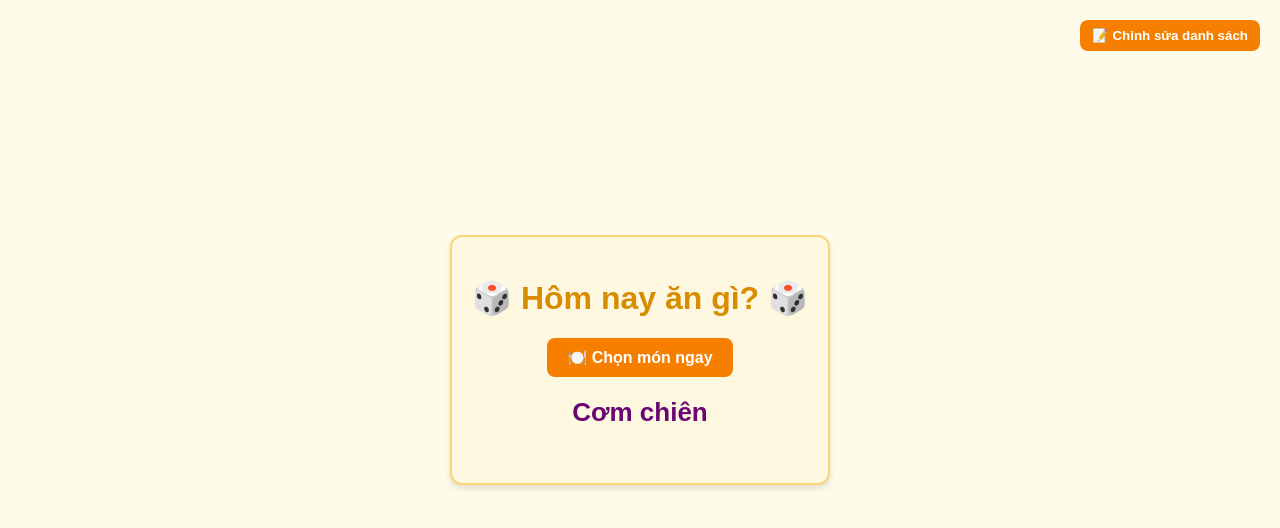
Repository: NT912/What-s-food-today-
Page: index.html
An editor plug-in stored every save of this project. The page is shown before and after the next save, followed by the edit.
The browser window is 1280 px wide. The pictures show the whole page.
After loading, the first visible `#randomBtn` was clicked once.

Above is the page before, as saved 2024-12-17 20:58:57.
Console error: ReferenceError: renderList is not defined

### index.html
<!DOCTYPE html>
<html lang="vi">

<head>
  <meta charset="UTF-8">
  <meta name="viewport" content="width=device-width, initial-scale=1.0">
  <title>Random Món Ăn</title>
  <link rel="stylesheet" href="style.css">
</head>

<body>
  <!-- Random Section -->
  <div class="container">
    <h1>🎲 Hôm nay ăn gì? 🎲</h1>
    <button id="randomBtn" onclick="startRandom()">🍽️ Chọn món ngay</button>
    <p id="randomFood">...</p>
  </div>

  <!-- Edit Button -->
  <button class="edit-btn" onclick="openPopup()">📝 Chỉnh sửa danh sách</button>

  <!-- Popup chỉnh sửa danh sách -->
  <div id="popup" class="popup">
    <div class="popup-content">
      <span class="close-btn" onclick="closePopup()">❌</span>
      <h2>📋 Danh sách món ăn</h2>
      <ul id="foodList"></ul>
      <div class="controls">
        <input type="text" id="foodInput" placeholder="Thêm món ăn mới...">
        <button onclick="addFood()">➕ Thêm</button>
      </div>
    </div>
  </div>

  <!-- Popup kết quả chúc mừng -->
  <div id="resultPopup" class="popup">
    <div class="result-content" id="resultPopupContent">
      <!-- Nội dung kết quả sẽ được thêm vào bằng JS -->
    </div>
  </div>

  <script src="script.js"></script>
</body>

</html>

### style.css
/* General Styles */
body {
  font-family: "Arial", sans-serif;
  margin: 0;
  background-color: #fffbea; /* Nền vàng nhẹ */
  color: #333;
  display: flex;
  justify-content: center;
  align-items: center;
  height: 100vh;
  overflow: hidden;
}

h1 {
  color: #d88c00; /* Cam vàng đậm */
}

.container {
  text-align: center;
  background: #fff8e1; /* Vàng nhạt */
  border: 2px solid #f5d77a;
  padding: 20px;
  border-radius: 12px;
  box-shadow: 0 4px 6px rgba(0, 0, 0, 0.1);
}

#randomBtn {
  background: #f77f00; /* Cam đậm */
  color: #fff;
  border: none;
  padding: 10px 20px;
  font-size: 16px;
  font-weight: bold;
  border-radius: 8px;
  cursor: pointer;
  transition: transform 0.2s, background 0.3s;
}

#randomBtn:hover {
  transform: scale(1.1);
  background: #e76f00;
}

#randomFood {
  margin-top: 20px;
  font-size: 26px;
  color: #d84315; /* Cam đậm */
  font-weight: bold;
  height: 40px;
}

/* Edit Button */
.edit-btn {
  position: absolute;
  top: 20px;
  right: 20px;
  background: #f77f00;
  color: white;
  padding: 8px 12px;
  border: none;
  border-radius: 8px;
  cursor: pointer;
  font-weight: bold;
}

.edit-btn:hover {
  background: #e76f00;
}

/* Popup chung */
.popup {
  display: none;
  position: fixed;
  top: 0;
  left: 0;
  width: 100%;
  height: 100%;
  background-color: rgba(0, 0, 0, 0.5);
  justify-content: center;
  align-items: center;
  z-index: 1000;
}

.popup-content {
  background: #fff8e1; /* Vàng nhạt */
  padding: 30px;
  border-radius: 12px;
  width: 400px;
  max-height: 80%;
  overflow-y: auto;
  position: relative;
  text-align: center;
  border: 2px solid #f5d77a;
  box-shadow: 0 4px 8px rgba(0, 0, 0, 0.2);
}

.close-btn {
  position: absolute;
  top: 10px;
  right: 10px;
  font-size: 20px;
  color: #d84315;
  cursor: pointer;
}

/* Popup chúc mừng */
.result-content {
  background: #fff8e1;
  padding: 30px;
  border-radius: 12px;
  text-align: center;
  box-shadow: 0 8px 16px rgba(0, 0, 0, 0.3);
  animation: popupEffect 0.5s ease-out;
  font-size: 28px;
  color: #d84315;
  font-weight: bold;
}

@keyframes popupEffect {
  from {
    transform: scale(0.7);
    opacity: 0;
  }
  to {
    transform: scale(1);
    opacity: 1;
  }
}

/* Danh sách món ăn */
ul {
  list-style: none;
  padding: 0;
}

li {
  background: #fff5cc;
  margin: 5px 0;
  padding: 8px 12px;
  display: flex;
  justify-content: space-between;
  border-radius: 8px;
  border: 1px solid #f5d77a;
}

.controls input {
  padding: 8px;
  border: 1px solid #ccc;
  border-radius: 8px;
  margin-right: 5px;
}

### script.js
let foodList = [
  "Mì quảng tôm thịt",
  "Bánh cuốn",
  "Bún nước KonTum",
  "Cút lộn xào me",
  "Ốc đinh",
  "Mì cay",
  "Bún bò",
  "Chè",
  "Bánh mì chảo",
  "Mì trộn",
  "Xôi",
  "Mì quảng ếch",
  "Bún ram chay",
  "Bún thịt nướng",
  "Cá viên chiên mắm",
  "Cơm gà chiên mắm",
  "Bún chả",
  "Bún đậu mắm tôm",
  "Bún riêu",
  "Bánh mì ổ",
  "Cơm chiên",
  "Miến trộn",
  "Phở",
  "Bánh tráng kẹp",
  "Bánh canh",
  "Bún cá chấm",
  "Bánh đúc nóng",
  "Phở khô gia lai",
  "Bánh tráng kẹp",
  "Nem chua rán",
  "Ram cuốn cải",
  "Bánh bèo",
  "Bánh lọc",
  "Bánh căn",
  "Kem bơ",
];

function startRandom() {
  const result = document.getElementById("randomFood");
  result.style.animation = "none"; // Xóa animation cũ
  let index = 0;

  // Bắt đầu hiệu ứng random với zoom-in/zoom-out
  result.classList.add("random-zoom");
  const interval = setInterval(() => {
    index = Math.floor(Math.random() * foodList.length);
    result.textContent = foodList[index];
    result.style.color = getRandomGradient();
  }, 100);

  // Kết thúc hiệu ứng sau 2 giây
  setTimeout(() => {
    clearInterval(interval);
    result.classList.remove("random-zoom");
    result.textContent = `🍽️ ${foodList[index]}!`;

    // Thêm hiệu ứng rung và màu nổi bật
    result.style.color = "#e63946";
    result.classList.add("shake");

    // Hiển thị popup chúc mừng
    showResultPopup(foodList[index]);
  }, 2000);
}

function showResultPopup(food) {
  const popup = document.getElementById("resultPopup");
  const popupContent = document.getElementById("resultPopupContent");

  popupContent.innerHTML = `
        🎉 Chúc mừng! Món ăn hôm nay là: <br>
        <strong>${food}</strong> 🎉<br>
        😋 Chúc bạn ăn ngon miệng!
    `;

  popup.style.display = "flex";

  // Đóng popup khi click ra ngoài vùng popup
  window.onclick = function (event) {
    if (event.target === popup) {
      closeResultPopup();
    }
  };
}

function closeResultPopup() {
  document.getElementById("resultPopup").style.display = "none";
  window.onclick = null; // Xóa sự kiện click
}

function getRandomGradient() {
  const colors = ["#ff6f61", "#6a0572", "#ffcc00", "#00cfcf", "#ff964f"];
  return colors[Math.floor(Math.random() * colors.length)];
}

window.onload = () => {
  renderList();
};

After the next save:
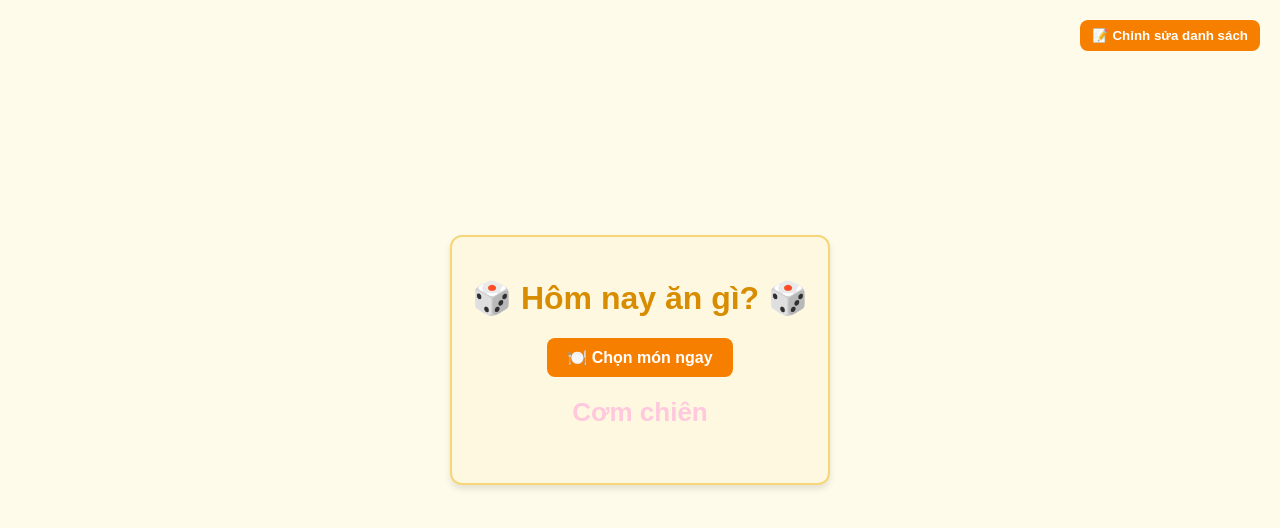
The error is gone.
Saved 6 s later.
--- a/script.js
+++ b/script.js
@@ -38,26 +38,20 @@ let foodList = [
 
 function startRandom() {
   const result = document.getElementById("randomFood");
-  result.style.animation = "none"; // Xóa animation cũ
   let index = 0;
 
-  // Bắt đầu hiệu ứng random với zoom-in/zoom-out
-  result.classList.add("random-zoom");
+  // Thêm hiệu ứng nhấp nháy trong 2 giây
   const interval = setInterval(() => {
     index = Math.floor(Math.random() * foodList.length);
     result.textContent = foodList[index];
-    result.style.color = getRandomGradient();
+    result.style.color = getRandomColor();
   }, 100);
 
-  // Kết thúc hiệu ứng sau 2 giây
+  // Kết thúc hiệu ứng và hiển thị kết quả
   setTimeout(() => {
     clearInterval(interval);
-    result.classList.remove("random-zoom");
     result.textContent = `🍽️ ${foodList[index]}!`;
-
-    // Thêm hiệu ứng rung và màu nổi bật
-    result.style.color = "#e63946";
-    result.classList.add("shake");
+    result.style.color = "#d84315"; // Màu cam đậm
 
     // Hiển thị popup chúc mừng
     showResultPopup(foodList[index]);
@@ -70,8 +64,7 @@ function showResultPopup(food) {
 
   popupContent.innerHTML = `
         🎉 Chúc mừng! Món ăn hôm nay là: <br>
-        <strong>${food}</strong> 🎉<br>
-        😋 Chúc bạn ăn ngon miệng!
+        <strong>${food}</strong> 🎉
     `;
 
   popup.style.display = "flex";
@@ -89,9 +82,61 @@ function closeResultPopup() {
   window.onclick = null; // Xóa sự kiện click
 }
 
-function getRandomGradient() {
-  const colors = ["#ff6f61", "#6a0572", "#ffcc00", "#00cfcf", "#ff964f"];
+function getRandomColor() {
+  const colors = [
+    "#f77f00",
+    "#f9844a",
+    "#ffcd56",
+    "#ffafcc",
+    "#bde0fe",
+    "#ffc8dd",
+  ];
   return colors[Math.floor(Math.random() * colors.length)];
+}
+
+function renderList() {
+  const list = document.getElementById("foodList");
+  list.innerHTML = "";
+  foodList.forEach((food, index) => {
+    list.innerHTML += `
+            <li>
+                ${food}
+                <button onclick="deleteFood(${index})">❌</button>
+            </li>
+        `;
+  });
+}
+
+function addFood() {
+  const input = document.getElementById("foodInput");
+  const newFood = input.value.trim();
+  if (newFood) {
+    foodList.push(newFood);
+    input.value = "";
+    renderList();
+  }
+}
+
+function deleteFood(index) {
+  foodList.splice(index, 1);
+  renderList();
+}
+
+function openPopup() {
+  const popup = document.getElementById("popup");
+  popup.style.display = "flex";
+
+  // Đóng popup khi click ra ngoài vùng nội dung
+  window.onclick = function (event) {
+    if (event.target === popup) {
+      closePopup();
+    }
+  };
+}
+
+function closePopup() {
+  document.getElementById("popup").style.display = "none";
+  window.onclick = null; // Xóa sự kiện click ra ngoài
 }
 
 window.onload = () => {
